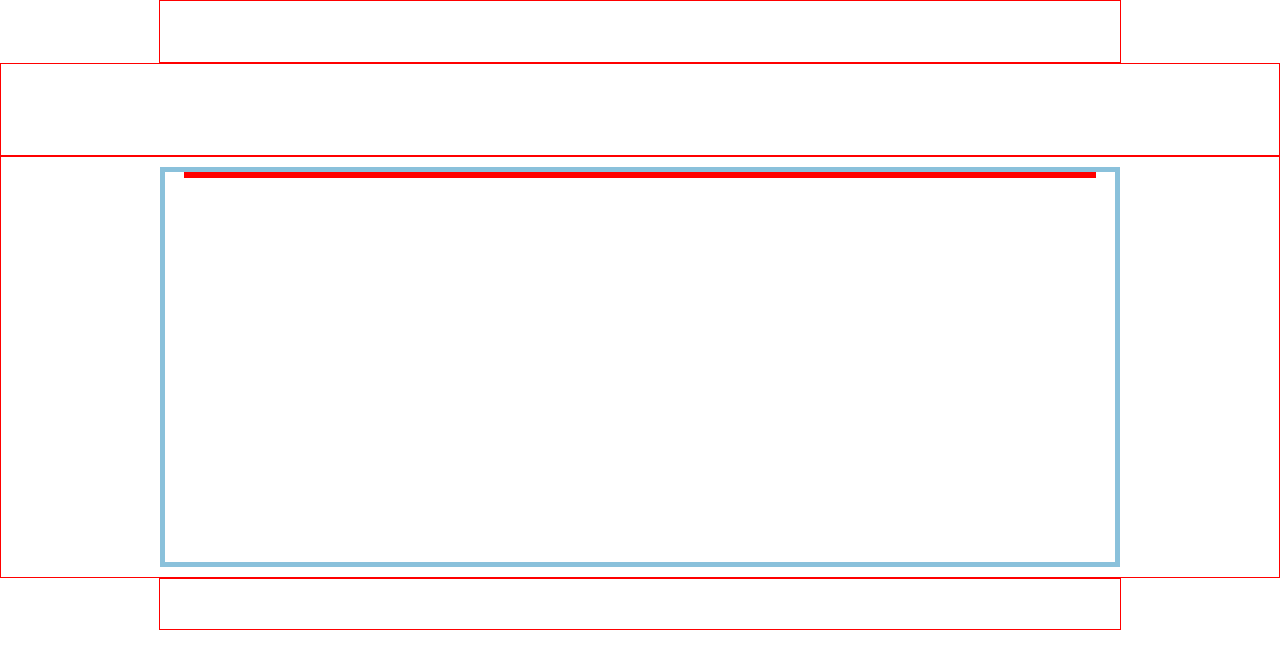
Repository: LYC-Android/JavaWebProject
Page: WebBasic/src/main/webapp/day03/admin_list.html
The author's editor kept a copy of each file at every save. The page is drawn from the files as they stood at one save, then again after the next save.
The browser window is 1280 px wide. The pictures show the whole page.

Above is the page before, as saved 2017-09-21 03:45:06.

After the next save:
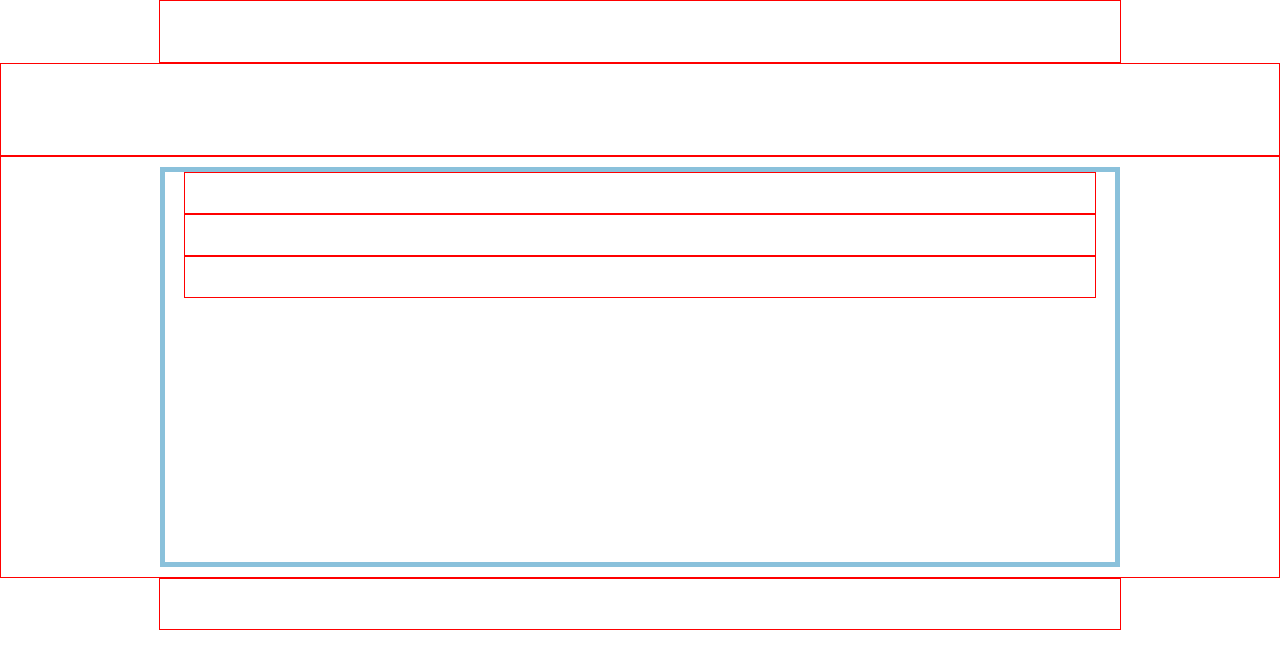
Saved 49 s later.
--- a/WebBasic/src/main/webapp/day03/list.css
+++ b/WebBasic/src/main/webapp/day03/list.css
@@ -39,4 +39,9 @@ div{
 
 .content>div{
 	width: 910px;
+	height: 40px;
 }
+
+.data{
+	height: 310px;
+}
